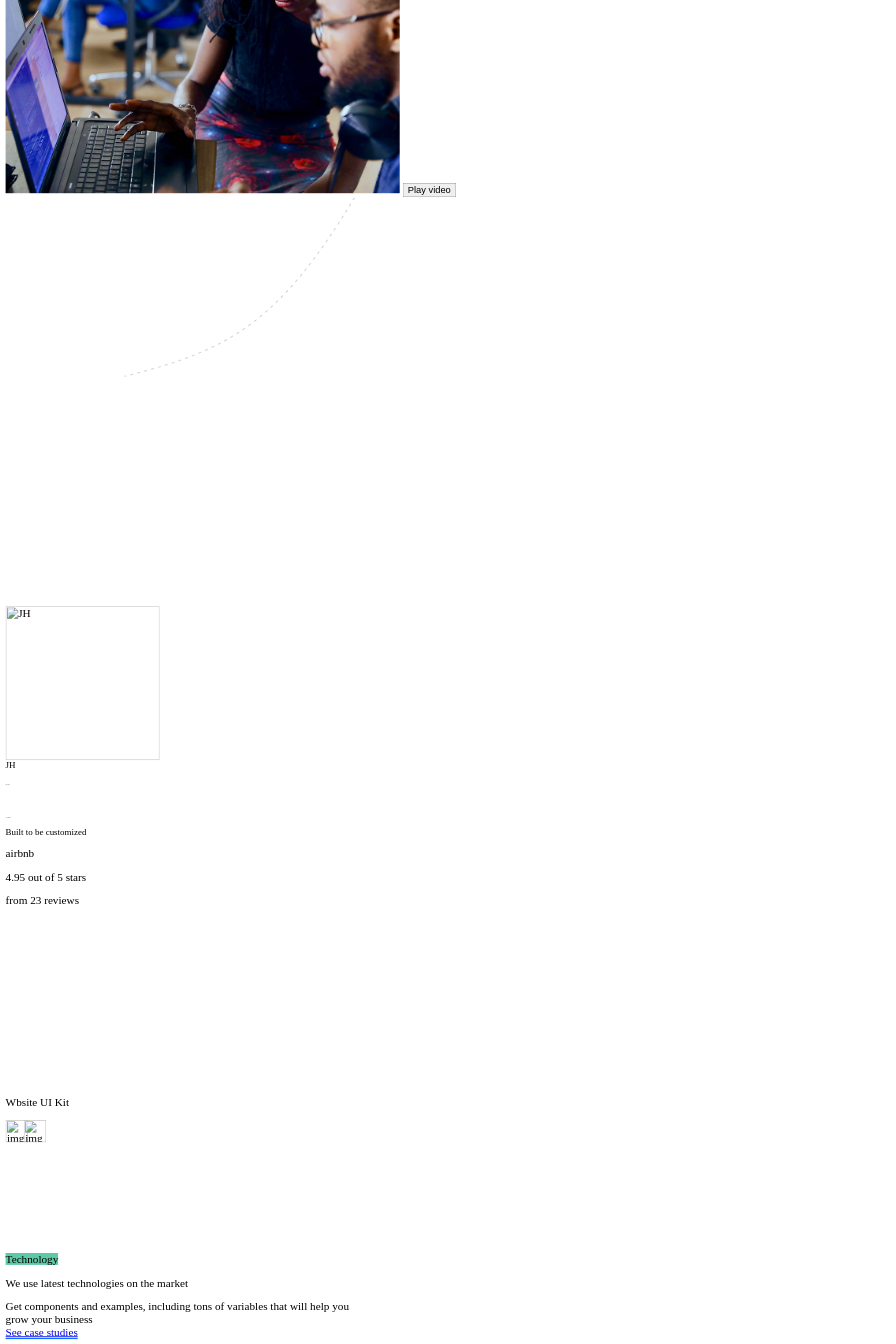
Repository: brandonc16/odoo-task
Page: components/hero.html
The author's editor kept a copy of each file at every save. The page is drawn from the files as they stood at one save, then again after the next save.
The browser window is 1280 px wide. The pictures show the part of the page from y = 2020 to 3940 px (the page is 3940 px tall), at 70% of full size.

Above is the page before, as saved 2026-03-16 03:25:37.

After the next save:
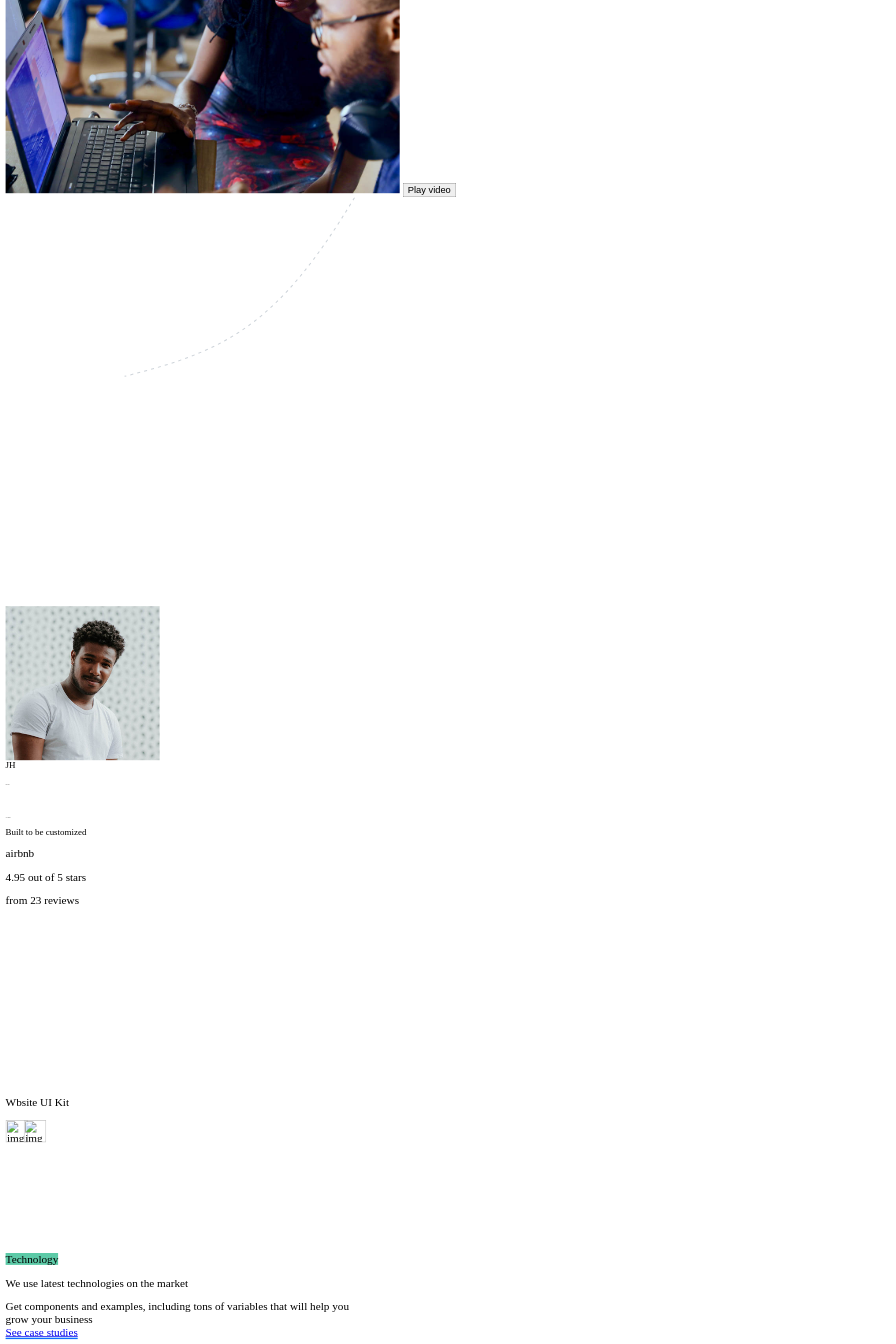
Saved 2 min 7 s later.
--- a/components/hero.html
+++ b/components/hero.html
@@ -347,7 +347,7 @@
         <div class="row g-4 align-items-center">
           <div class="col-12 col-sm-6">
             <div class="card border-0 shadow-sm rounded-4 overflow-hidden">
-              <img src="" alt="JH" style="height: 220px; object-fit: cover" />
+              <img src="/assets/person_03.jpg" alt="JH" style="height: 220px; object-fit: cover" />
 
               <div
                 class="card-body d-flex align-items-center justify-content-between p-4"
